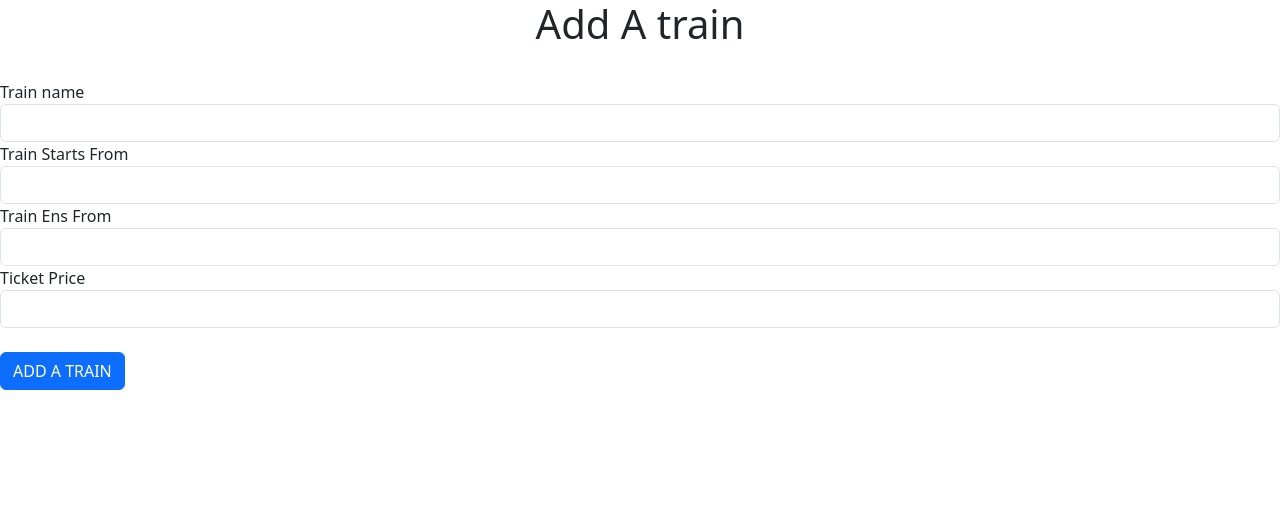
Repository: SachinUthpala/Railway-Reservation
Page: http://localhost/Railway/Admin/UpdateTrains/updateTrains.jsp
An editor plug-in stored every save of this project. The page is shown before and after the next save, followed by the edit.
The browser window is 1280 px wide. The pictures show the whole page.
The page is served by Tomcat 9. Other server files are loaded and not shown.

Above is the page before, as saved 2023-05-20 01:44:34.

### Railway/src/main/webapp/Admin/UpdateTrains/updateTrains.jsp
<!DOCTYPE html>
<html lang="en">
<head>
    <meta charset="UTF-8">
    <meta http-equiv="X-UA-Compatible" content="IE=edge">
    <meta name="viewport" content="width=device-width, initial-scale=1.0">
    <title>Update Trains</title>
    <link rel="stylesheet" href="../Style/boostrap.min.css">
</head>
<body>
    <h1><center>Add A train</center></h1>
    <br>
    <form method="post" action="../../InsertTrainServlet">
        <div >
          <label for="exampleInputEmail1">Train name</label>
          <input type="text" class="form-control"  name="name">
        </div>
        <div class="form-group">
          <label >Train Starts From</label>
          <input type="text" class="form-control" name = "from" >
        </div>
        <div class="form-group">
            <label >Train Ens From</label>
            <input type="text" class="form-control"  name= "to">
          </div>
          <div class="form-group">
            <label>Ticket Price</label>
            <input type="text" class="form-control"  name = "price">
          </div>
          <br>
        <button type="submit" class="btn btn-primary">ADD A TRAIN</button>
      </form>
      <br><br>

</body>
</html>





<!-- Creadted by @Sachin -->

Loaded but not shown: Railway/src/main/webapp/Admin/Style/boostrap.min.css (library)

After the next save:
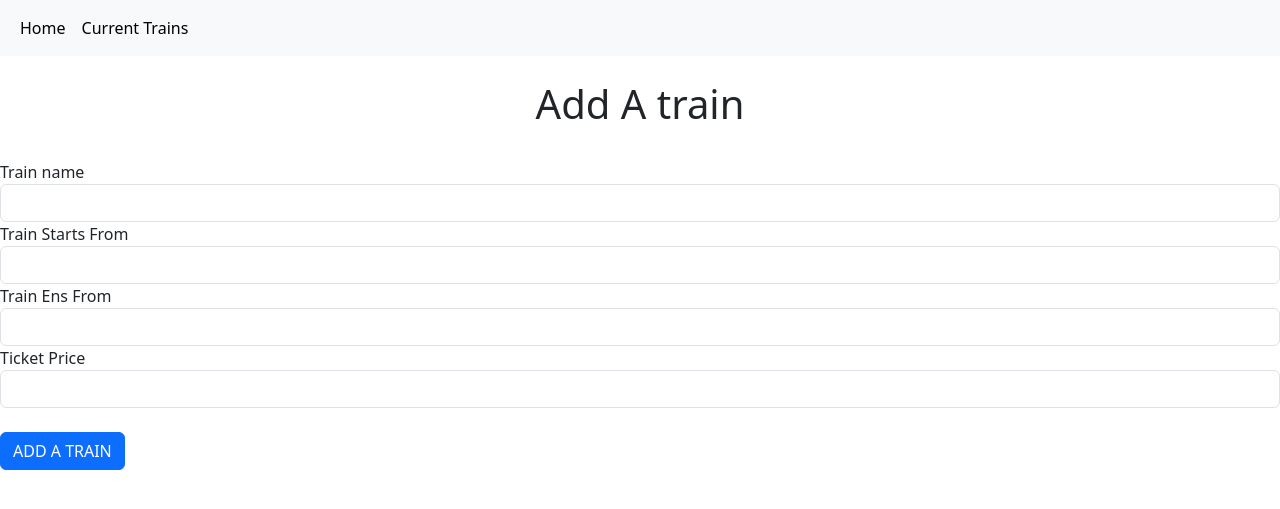
Saved 72 s later.
--- a/Railway/src/main/webapp/Admin/UpdateTrains/updateTrains.jsp
+++ b/Railway/src/main/webapp/Admin/UpdateTrains/updateTrains.jsp
@@ -8,6 +8,24 @@
     <link rel="stylesheet" href="../Style/boostrap.min.css">
 </head>
 <body>
+
+	<nav class="navbar navbar-expand-lg bg-body-tertiary">
+			  <div class="container-fluid">
+			    <div class="collapse navbar-collapse" id="navbarSupportedContent">
+			      <ul class="navbar-nav me-auto mb-2 mb-lg-0">
+			        <li class="nav-item">
+			          <a class="nav-link active" aria-current="page" href="#">Home</a>
+			        </li>
+
+			        <li class="nav-item">
+			          <a class="nav-link active" aria-current="page" href="../../Curent_sv">Current Trains</a>
+			        </li>
+			      </ul>
+			    </div>
+			  </div>
+			</nav>
+			<br>
+
     <h1><center>Add A train</center></h1>
     <br>
     <form method="post" action="../../InsertTrainServlet">
